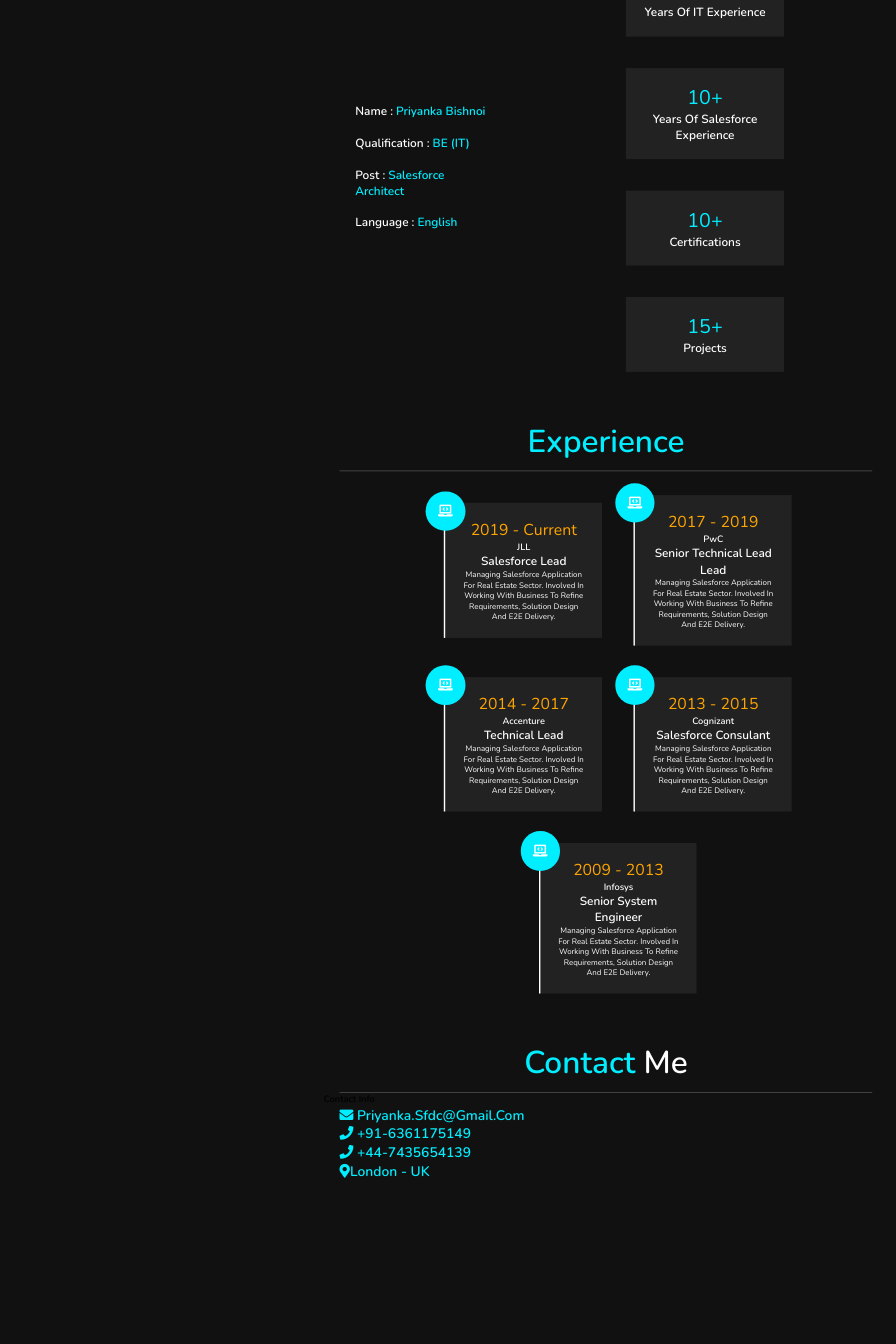
Repository: priyanka-bishnoi/PortfolioPage
Page: MyPage.html
These files come from the project's save history. The page is drawn as it stood at one moment and after the next save; the edit follows.
The browser window is 1280 px wide. The pictures show the part of the page from y = 906 to 2826 px (the page is 3091 px tall), at 70% of full size.

Above is the page before, as saved 2022-10-09 15:32:13.

After the next save:
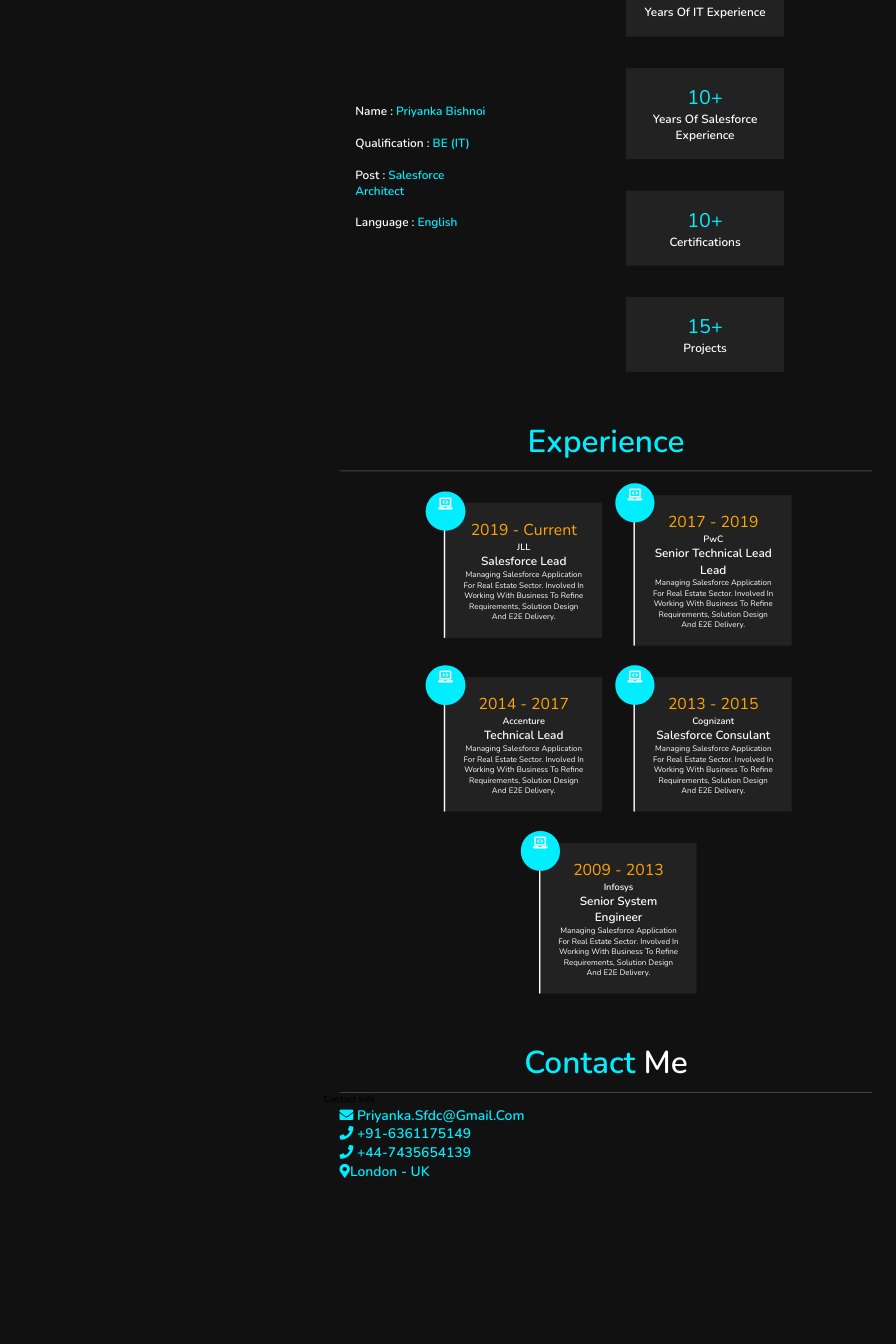
Saved 102 s later.
--- a/css/style.css
+++ b/css/style.css
@@ -224,7 +224,7 @@ header .navBar ul li a:hover{
     height:5rem;
     width: 5rem;
     border-radius: 50%;
-    line-height: 5rem;
+    line-height: 3rem;
     text-align: center;
     font-size: 1.5rem;
     color:#fff;
